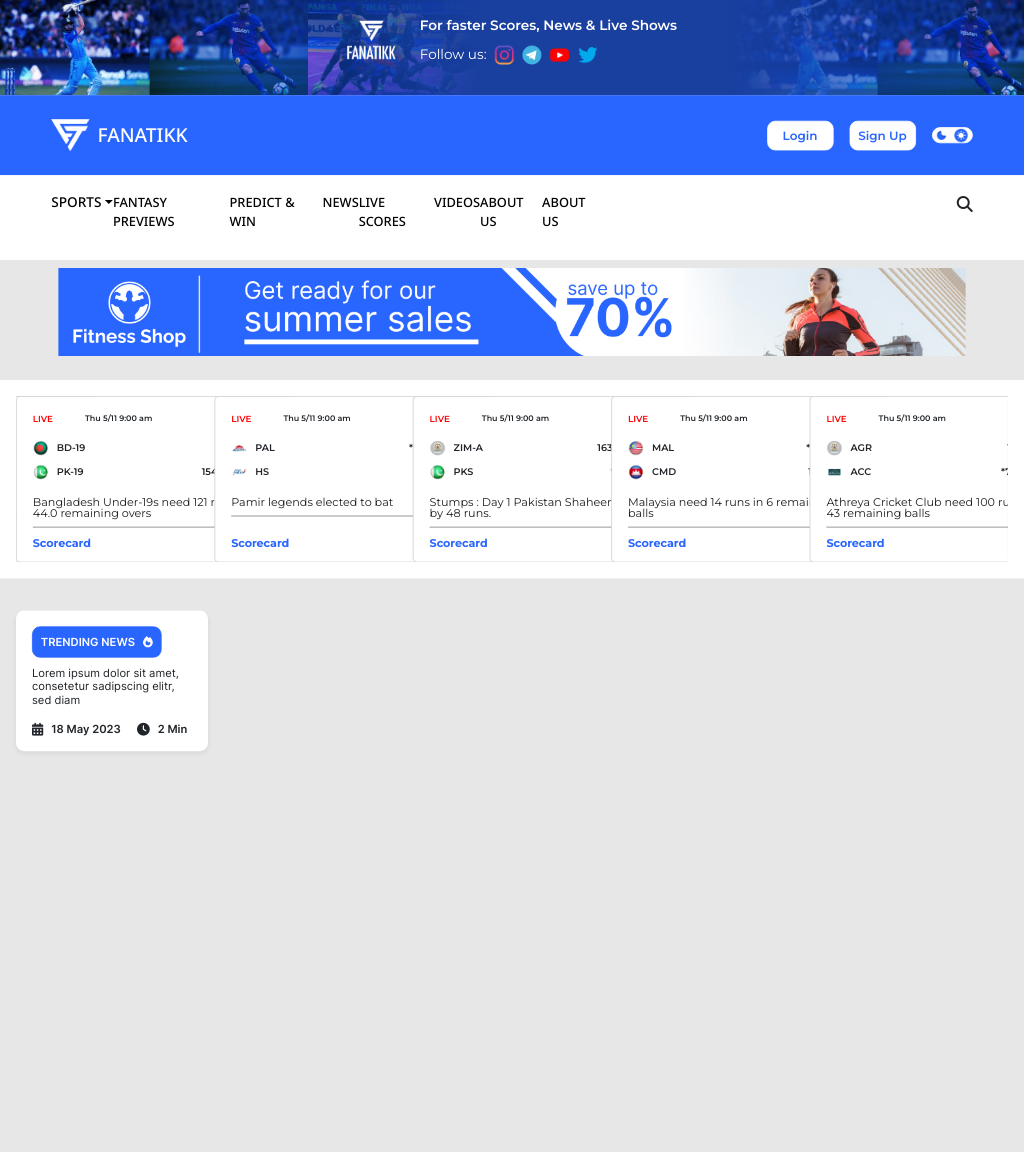
Repository: FlyweisReact/Kannapa
Page: /
An editor plug-in stored every save of this project. The page is shown before and after the next save, followed by the edit.
The browser window is 1280 px wide. The pictures show the whole page, at 80% of full size.
Some web libraries are served in a nearby version. The project was rebuilt for these pictures with package versions that can differ from the ones it lists, and the page was loaded fresh each time. Also part of the build but not shown: src/Components/Layout/Footer.js, src/Components/Sliders/Index-video-Slider.js, src/Components/firstScreen.jsx, src/Components/secondScreen.jsx, src/Components/thirdScreen.jsx, src/Components/fourthScreen.jsx, src/CSS/Footer.css.

Above is the page before, as saved 2023-06-03 13:36:11.

After the next save:
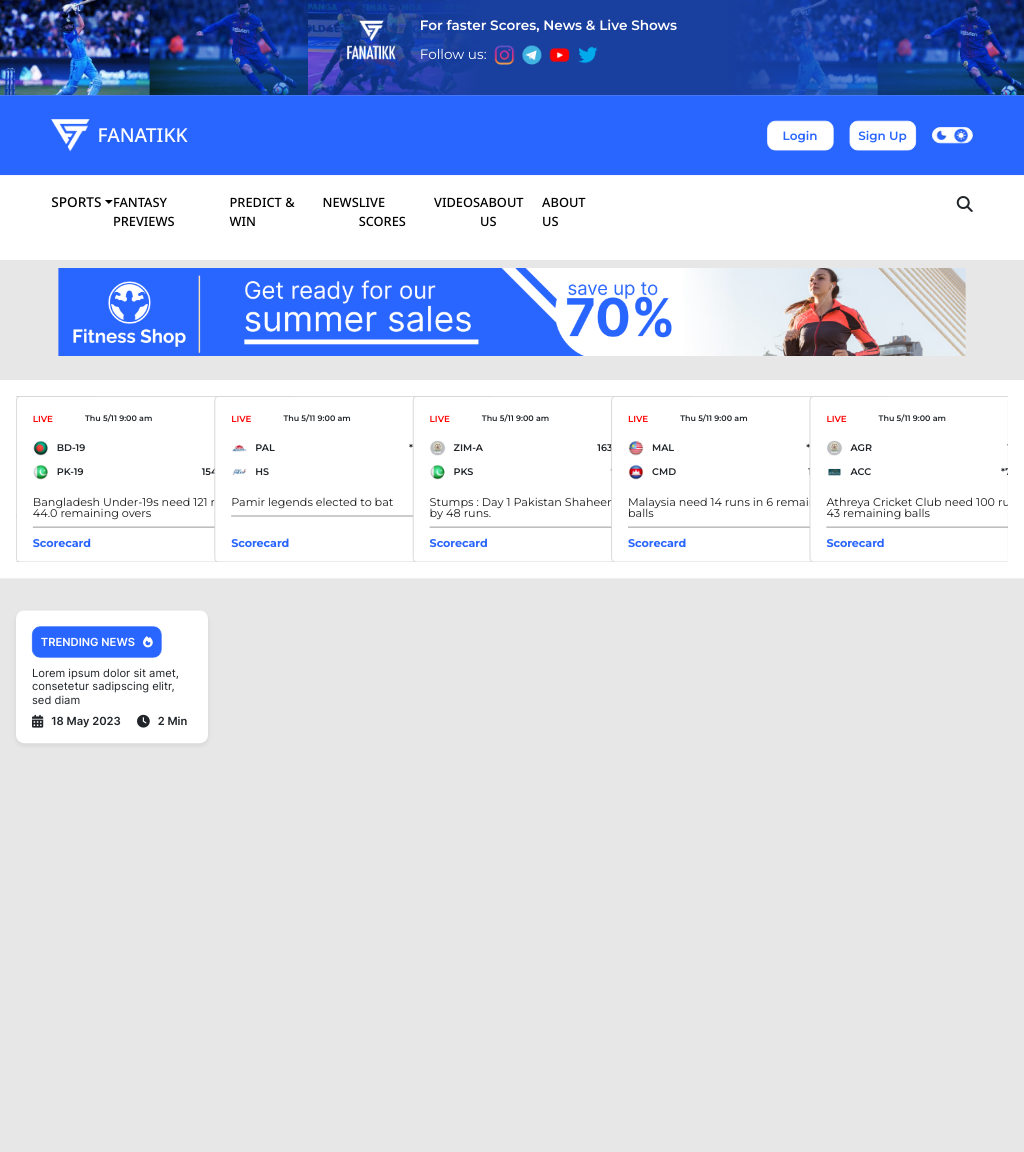
Saved 4 s later.
--- a/src/CSS/Component.css
+++ b/src/CSS/Component.css
@@ -337,7 +337,7 @@ margin: 0;
   display: flex;
   align-items: center;
   gap: 20px;
-  margin-top: 20px;
+  margin-top: 10px;
 }
 .Index_Three_Sec_Layout .left_Comp .Trading_News .desc .two_sec div{
   display: flex;
